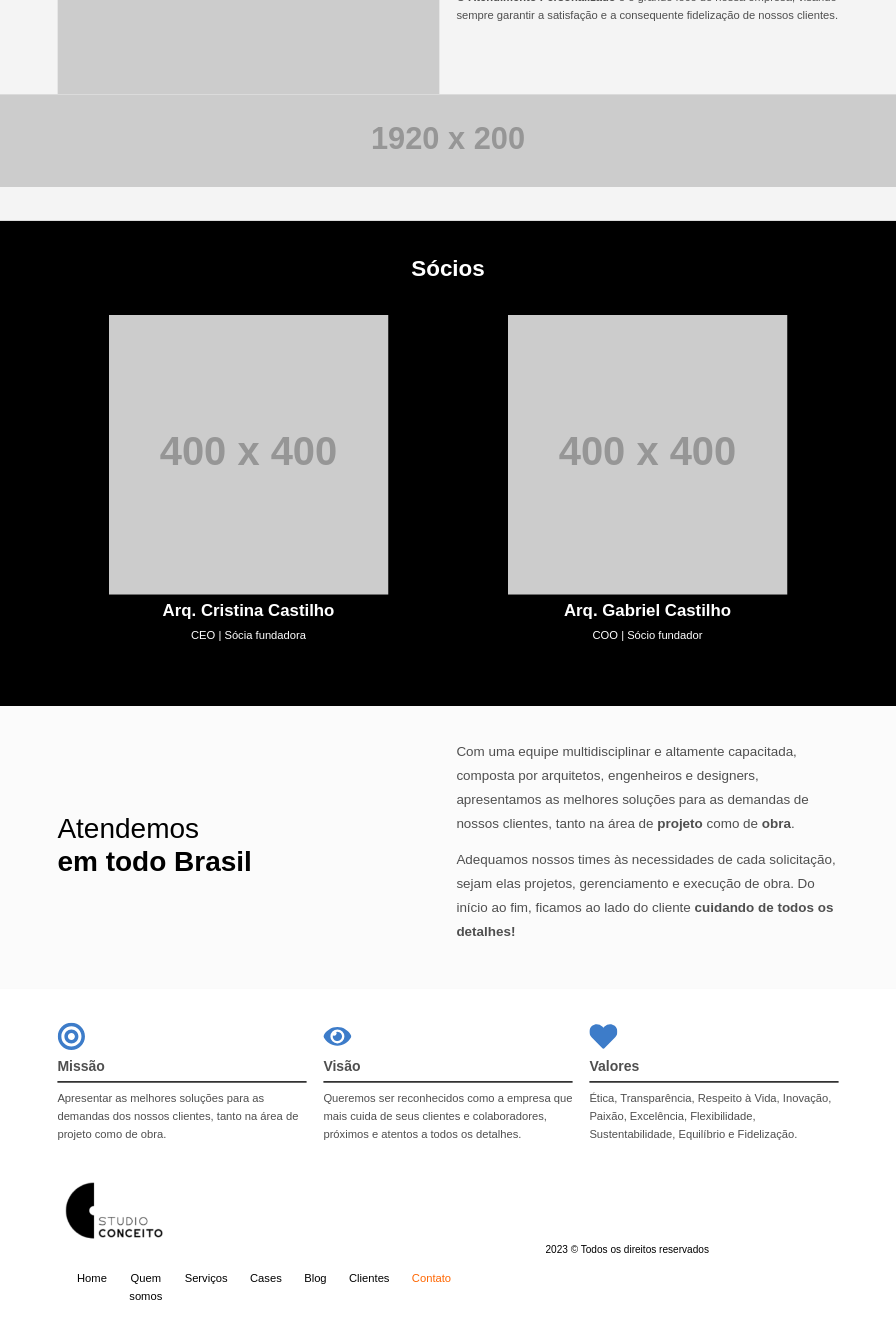
Repository: Upstairs-Agencia/studio-conceito-react
Page: /quem-somos
The author's editor kept a copy of each file at every save. The page is drawn from the files as they stood at one save, then again after the next save.
The browser window is 1280 px wide. The pictures show the part of the page from y = 671 to 2591 px (the page is 2581 px tall before and 2591 px after), at 70% of full size.
The project was rebuilt for these pictures with package versions that can differ from the ones it lists, and the page was loaded fresh each time. Also part of the build but not shown: src/pages/Home.js, src/pages/Servicos.js, src/styles/cases.css, src/pages/Cases.js, src/pages/Blog.js, src/pages/Clientes.js, src/pages/Contato.js.

Above is the page before, as saved 2024-12-29 12:15:21.

### public/index.html
<!DOCTYPE html>
<html lang="en">
  <head>
    <meta charset="utf-8" />
    <link rel="icon" href="%PUBLIC_URL%/favicon.ico" />
    <meta name="viewport" content="width=device-width, initial-scale=1" />
    <meta name="theme-color" content="#000000" />
    <meta
      name="description"
      content="Web site created using create-react-app"
    />
    <link rel="apple-touch-icon" href="%PUBLIC_URL%/logo192.png" />
    <!--
      manifest.json provides metadata used when your web app is installed on a
      user's mobile device or desktop. See https://developers.google.com/web/fundamentals/web-app-manifest/
    -->
    <link rel="manifest" href="%PUBLIC_URL%/manifest.json" />
    <!--
      Notice the use of %PUBLIC_URL% in the tags above.
      It will be replaced with the URL of the `public` folder during the build.
      Only files inside the `public` folder can be referenced from the HTML.

      Unlike "/favicon.ico" or "favicon.ico", "%PUBLIC_URL%/favicon.ico" will
      work correctly both with client-side routing and a non-root public URL.
      Learn how to configure a non-root public URL by running `npm run build`.
    -->
    <title>Studio Conceito</title>
  </head>
  <body>
    <noscript>You need to enable JavaScript to run this app.</noscript>
    <div id="root"></div>
    <!--
      This HTML file is a template.
      If you open it directly in the browser, you will see an empty page.

      You can add webfonts, meta tags, or analytics to this file.
      The build step will place the bundled scripts into the <body> tag.

      To begin the development, run `npm start` or `yarn start`.
      To create a production bundle, use `npm run build` or `yarn build`.
    -->
  </body>
</html>

### src/index.js

import React from 'react';
import ReactDOM from 'react-dom';
import App from './App';
import 'mdb-react-ui-kit/dist/css/mdb.min.css'; // MDB styles
import './index.css'; // Global styles

ReactDOM.render(
  <React.StrictMode>
    <App />
  </React.StrictMode>,
  document.getElementById('root')
);

### src/App.js

import React from 'react';
import { BrowserRouter as Router, Routes, Route } from 'react-router-dom';
import Home from './pages/Home';
import QuemSomos from './pages/QuemSomos';
import Servicos from './pages/Servicos';
import Cases from './pages/Cases';
import Blog from './pages/Blog';
import Clientes from './pages/Clientes';
import Contato from './pages/Contato';

function App() {
  return (
    <Router>
      <Routes>
        <Route path="/" element={<Home />} />
        <Route path="/quem-somos" element={<QuemSomos />} />
        <Route path="/servicos" element={<Servicos />} />
        <Route path="/cases" element={<Cases />} />
        <Route path="/blog" element={<Blog />} />
        <Route path="/clientes" element={<Clientes />} />
        <Route path="/contato" element={<Contato />} />
      </Routes>
    </Router>
  );
}

export default App;

### src/index.css

body {
  margin: 0;
  font-family: Arial, sans-serif;
  background-color: #f4f4f4;
}

### src/pages/QuemSomos.js
import React from "react";
import Navbar from "../components/navbar"; // Importando o componente Navbar
import { MDBContainer, MDBRow, MDBCol } from "mdb-react-ui-kit";
import { FaBullseye, FaEye, FaHeart } from "react-icons/fa";

import Footer from "../components/footer";
import "../styles/quemsomos.css";

export default function QuemSomos() {
  return (
    <>
      {/* Navbar */}
      <Navbar />

      {/* Seção de cabeçalho do quem somos */}
      <section className="bg-black text-white py-5">
        <MDBContainer>
          <MDBRow className="align-items-center">
            <MDBCol md="6">
              <h1 className="fw-bold">Quem somos</h1>
            </MDBCol>
            <MDBCol md="6" className="text-end">
              <img
                src="https://placehold.co/200x150" // Imagem maior para seguir o padrão original
                alt="Padrão gráfico"
                style={{ maxWidth: "200px", marginRight: "4rem" }}
              />
            </MDBCol>
          </MDBRow>
        </MDBContainer>
      </section>

      {/* Quem Somos Section */}
      <section className="py-5 ">
        <MDBContainer>
          <MDBRow className="align-items-center">
            <MDBCol md="6">
              <img
                src="https://via.placeholder.com/600x400"
                alt="Studio Conceito"
                className="img-fluid"
              />
            </MDBCol>
            <MDBCol md="6">
              <h2 className="fw-bold mb-4">Studio Conceito</h2>
              <p>
                A Studio Conceito Arquitetura foi{" "}
                <strong>fundada em 2009</strong> e conta com uma equipe
                altamente capacitada e com grande experiência na área
                corporativa.
              </p>
              <p>
                O <strong>Atendimento Personalizado</strong> é o grande foco de
                nossa empresa, visando sempre garantir a satisfação e a
                consequente fidelização de nossos clientes.
              </p>
            </MDBCol>
          </MDBRow>

        </MDBContainer>
        <img
            src="https://via.placeholder.com/1920x200"
            alt="Studio Conceito"
            className="img-fluid"
        />
      </section>

      {/* Sócios Section */}
      <section className="py-5 socios text-white">
        <MDBContainer>
          <h2 className="text-center fw-bold mb-5">Sócios</h2>
          <MDBRow className="text-center">
            <MDBCol md="6" className="mb-4">
              <div className="team-member">
                <img
                  src="https://via.placeholder.com/400x400"
                  alt="Arq. Cristina Castilho"
                  className="img-fluid mb-2"
                />
                <h4 className="fw-bold">Arq. Cristina Castilho</h4>
                <p>CEO | Sócia fundadora</p>
              </div>
            </MDBCol>
            <MDBCol md="6" className="mb-4">
              <div className="team-member">
                <img
                  src="https://via.placeholder.com/400x400"
                  alt="Arq. Gabriel Castilho"
                  className="img-fluid mb-2"
                />
                <h4 className="fw-bold">Arq. Gabriel Castilho</h4>
                <p>COO | Sócio fundador</p>
              </div>
            </MDBCol>
          </MDBRow>
        </MDBContainer>
      </section>

      {/* Atendemos em todo Brasil Section */}
      <section className="py-5 bg-light">
        <MDBContainer>
          <MDBRow className="align-items-center">
            <MDBCol md="6" className="title-container">
              <h1 className="atendemos-title">Atendemos</h1>
              <h1 className="brasil-title">em todo Brasil</h1>
            </MDBCol>
            <MDBCol md="6">
              <p className="text-large">
                Com uma equipe multidisciplinar e altamente capacitada, composta
                por arquitetos, engenheiros e designers, apresentamos as
                melhores soluções para as demandas de nossos clientes, tanto na
                área de <span className="fw-bold">projeto</span> como de{" "}
                <span className="fw-bold">obra</span>.
              </p>
              <p className="text-large">
                Adequamos nossos times às necessidades de cada solicitação,
                sejam elas projetos, gerenciamento e execução de obra. Do início
                ao fim, ficamos ao lado do cliente{" "}
                <span className="fw-bold">cuidando de todos os detalhes!</span>
              </p>
            </MDBCol>
          </MDBRow>
        </MDBContainer>
      </section>

      {/* Missão, Visão e Valores Section */}
      <section className="py-5 bg-white">
        <MDBContainer>
          <MDBRow className="text-center mission-row">
            <MDBCol md="4" className="mission-col">
              <div className="icon-container">
                <FaBullseye size={40} color="#3d7cc9" />
              </div>
              <h5 className="fw-bold">Missão</h5>
              <div className="divider"></div>
              <p>
                Apresentar as melhores soluções para as demandas dos nossos
                clientes, tanto na área de projeto como de obra.
              </p>
            </MDBCol>
            <MDBCol md="4" className="mission-col">
              <div className="icon-container">
                <FaEye size={40} color="#3d7cc9" />
              </div>
              <h5 className="fw-bold">Visão</h5>
              <div className="divider"></div>
              <p>
                Queremos ser reconhecidos como a empresa que mais cuida de seus
                clientes e colaboradores, próximos e atentos a todos os
                detalhes.
              </p>
            </MDBCol>
            <MDBCol md="4" className="mission-col">
              <div className="icon-container">
                <FaHeart size={40} color="#3d7cc9" />
              </div>
              <h5 className="fw-bold">Valores</h5>
              <div className="divider"></div>
              <p>
                Ética, Transparência, Respeito à Vida, Inovação, Paixão,
                Excelência, Flexibilidade, Sustentabilidade, Equilíbrio e
                Fidelização.
              </p>
            </MDBCol>
          </MDBRow>
        </MDBContainer>

        <Footer />
      </section>
    </>
  );
}

### src/components/navbar.js
import React, { useState } from "react";

import Logo from "../images/logoBlack.png";

import {
  MDBNavbar,
  MDBNavbarBrand,
  MDBContainer,
} from "mdb-react-ui-kit";
import { FaLinkedin, FaInstagram, FaPinterest, FaBars } from "react-icons/fa";
import { IoIosClose } from "react-icons/io";
import { Link } from "react-router-dom";

import SeloGptw from "../images/selo-gptw.png";

const Navbar = () => {
  const [showMenu, setShowMenu] = useState(false);

  return (
    <>
      {/* Navbar */}
      <MDBNavbar dark bgColor="white" className="py-4 px-5">
        <MDBContainer fluid className="d-flex justify-content-between align-items-center">
          {/* Logo */}
          <MDBNavbarBrand href="#" className="ms-5">
            <img
              src={Logo}
              alt="Logo"
              style={{ maxHeight: "90px", marginLeft: "12vw"}}
            />
          </MDBNavbarBrand>

          {/* Social Icons and Menu Toggle */}
          <div className="d-flex align-items-center">
            {/* Social Icons */}
            <div className="d-flex gap-3 me-3">
              <button className="btn btn-light rounded-circle p-2">
                <FaLinkedin size={30} />
              </button>
              <button className="btn btn-light rounded-circle p-2">
                <FaInstagram size={30} />
              </button>
              <button className="btn btn-light rounded-circle p-2">
                <FaPinterest size={30} />
              </button>
            </div>

            {/* FaBars Icon for Sidebar */}
            <button
              className="btn rounded-circle p-2"
              style={{
                background: "none",
                border: "none",
                cursor: "pointer",
              }}
              onClick={() => setShowMenu(!showMenu)}
            >
              <FaBars size={20} color="black" />
            </button>
          </div>
        </MDBContainer>
      </MDBNavbar>

      {/* Sidebar Menu */}
      {showMenu && (
        <div
          className="position-fixed top-0 end-0 bg-white vh-100 vw-350 shadow-lg d-flex flex-column"
          style={{ zIndex: 1050, width: "500px" }}
        >
          <div className="d-flex justify-content-end p-3">
            {/* Close Button */}
            <button
              className="p-0"
              style={{
                background: "none",
                border: "none",
                cursor: "pointer",
              }}
              onClick={() => setShowMenu(false)}
            >
              <IoIosClose size={40} />
            </button>
          </div>





          <div className="p-4 flex-grow-1">
            {/* Menu Items */}
            <ul className="list-unstyled">
              {[
                { label: "Home", link: "/" },
                { label: "Quem somos", link: "/quem-somos" },
                { label: "Serviços", link: "/servicos" },
                { label: "Cases", link: "/cases" },
                { label: "Blog", link: "/blog" },
                { label: "Clientes", link: "/clientes" },
                { label: "Contato", link: "/contato" },
              ].map((item, index) => (
                <li key={index} className="py-2">
                  <Link
                    to={item.link}
                    className="text-decoration-none fs-6"
                    style={{
                      transition: "all 0.3s ease-in-out", // Transição suave
                      color:"black"
                    }}
                    onMouseOver={(e) => {
                      e.currentTarget.style.color = "#FF7F30"; // Altera a cor
                      e.currentTarget.style.fontWeight = "bold"; // Negrito
                    }}
                    onMouseOut={(e) => {
                      e.currentTarget.style.color = "black"; // Retorna à cor original
                      e.currentTarget.style.fontWeight = "normal"; // Retira o negrito
                    }}
                  >
                    {item.label}
                  </Link>
                </li>
              ))}
            </ul>
          </div>



          {/* Footer Section */}
          <div className="d-flex justify-content-between align-items-center px-4 pb-4">
            {/* Social Icons */}
            <div className="d-flex gap-3">
              <button className="btn btn-dark rounded-circle p-2">
                <FaLinkedin size={20} color="white" />
              </button>
              <button className="btn btn-dark rounded-circle p-2">
                <FaInstagram size={20} color="white" />
              </button>
              <button className="btn btn-dark rounded-circle p-2">
                <FaPinterest size={20} color="white" />
              </button>
            </div>

            {/* Placeholder Image */}
            <img
              src={SeloGptw}
              alt="Great Place to Work"
              style={{ maxHeight: "200px", marginBottom: "4rem" }}
            />
          </div>
        </div>
      )}
    </>
  );
};

export default Navbar;

### src/components/footer.js
import React from "react";
import { MDBFooter, MDBContainer, MDBRow, MDBCol } from "mdb-react-ui-kit";
import Logo from "../images/logoBlack.png";
import "../styles/footer.css";

const Footer = () => {
  return (
    <MDBFooter className="footer-container text-center text-white">
      <MDBContainer className="p-4 footer-content">

        <MDBRow className="content-signature">
            {/* Logo e Nome */}
            <MDBCol md="4" className="mb-4 footer-left">
                <img
                    src={Logo}
                    alt="Studio Conceito Logo"
                    className="footer-logo"
                />

                {/* Navegação */}
                <MDBCol md="4" className="mb-3 footer-center">
                    <nav className="footer-nav">
                        <a href="/">Home</a>
                        <a href="/quem-somos"> Quem somos </a>
                        <a href="/servicos">Serviços</a>
                        <a href="/cases">Cases</a>
                        <a href="/blog">Blog</a>
                        <a href="/clientes">Clientes</a>
                        <a href="/contato" className="footerHighlight">
                            Contato
                        </a>
                    </nav>
                </MDBCol>

            </MDBCol>

            {/* Direitos Reservados */}
            <MDBCol md="4" className="mb-4 footer-right">
                <p className="mb-0">2023 &copy; Todos os direitos reservados</p>
            </MDBCol>

        </MDBRow>



      </MDBContainer>
    </MDBFooter>
  );
};

export default Footer;

### src/styles/quemsomos.css
.socios{
    background-color: #000;
}

/* Título: Atendemos em todo Brasil */
.title-container {
    text-align: left;
  }

  .atendemos-title {
    font-size: 2.5rem;
    font-weight: normal;
    color: #000;
  }

  .brasil-title {
    font-size: 2.5rem;
    font-weight: bold;
    color: #000;
    margin-top: -10px; /* Para aproximar os textos */
  }

  /* Texto em letras maiores */
  .text-large {
    font-size: 1.2rem;
    line-height: 1.8;
    text-align: left;
  }

  /* Missão, Visão e Valores */
  .mission-row {
    justify-content: space-between;
  }

  .mission-col {
    text-align: left;
    max-width: 400px;
  }

  .icon-container {
    margin-bottom: 10px;
  }

  .divider {
    width: 100%;
    height: 2px;
    background-color: #000;
    margin: 10px auto;
  }

  /* Responsividade */
  @media (max-width: 768px) {
    .atendemos-title,
    .brasil-title {
      font-size: 2rem;
    }

    .text-large {
      font-size: 1rem;
    }

    .mission-col {
      max-width: 100%;
    }
  }

### src/styles/footer.css
.footer-container {
    background-color: white;
    height: 25vh !important; /* Ocupa 30% da altura da tela */
    display: flex;
    justify-content: center;
    align-items: center;
    color: black;
    font-family: Arial, sans-serif;
    margin: 1rem 0;
  }

  .footer-content {
    height: 100%; /* Garante que o conteúdo ocupe toda a altura do footer */
  }

  .content-signature{
    display: flex;
    flex-direction: row;
  }

  .footer-left {
    display: flex;
    flex-direction: column;
  }

  .footer-logo {
    max-width: 40%; /* Aumenta a imagem para 40% de seu tamanho */
    margin-bottom: 10px;
  }


  .footer-center {
    text-align: center;
    margin: 2rem 0;
  }

  .footer-nav{
    display: flex;
    flex-direction: row;
    justify-content: space-around;
    width:35vw;

  }

  .footerHighlight {
    color: #ff6600 !important;
  }

  .footer-nav a {
    margin: 1px 1rem;
    text-decoration: none;
    color: #000;
    font-size: 1rem;
    transition: color 0.3s ease;
  }

  .footer-nav a:hover {
    color: #ff6600;
  }



  .footer-right {
    text-align: center;
    display: flex;
    justify-content: center;
    align-items: center;
    margin-left: 20vw;
    font-size: 0.9rem;
    color: #000;
  }

After the next save:
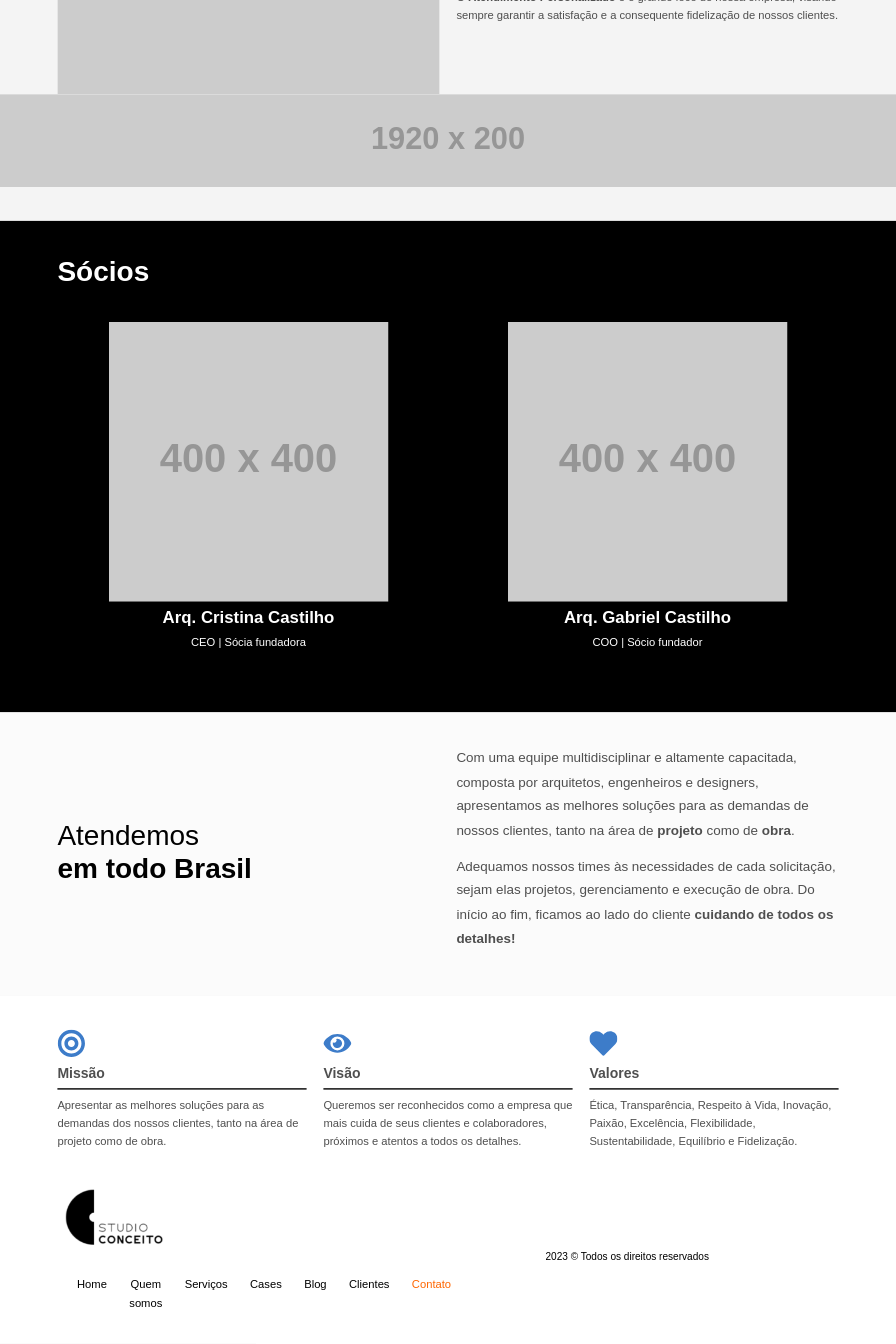
Saved 34 s later.
--- a/src/pages/QuemSomos.js
+++ b/src/pages/QuemSomos.js
@@ -68,7 +68,7 @@ export default function QuemSomos() {
       {/* Sócios Section */}
       <section className="py-5 socios text-white">
         <MDBContainer>
-          <h2 className="text-center fw-bold mb-5">Sócios</h2>
+          <h1 className="text-left fw-bold mb-5">Sócios</h1>
           <MDBRow className="text-center">
             <MDBCol md="6" className="mb-4">
               <div className="team-member">
